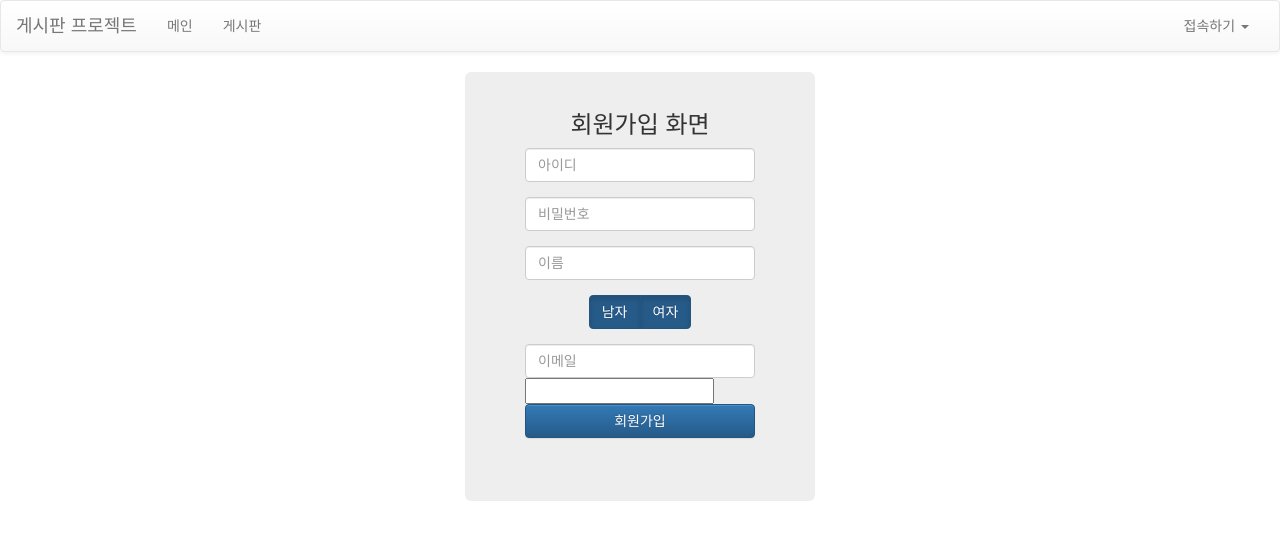
Repository: Seok7975/JSP-Education
Page: http://localhost/BBS/join.jsp
These files come from the project's save history. The page is drawn as it stood at one moment and after the next save; the edit follows.
The browser window is 1280 px wide. The pictures show the whole page.
Some web libraries are served in a nearby version. The page is served by Tomcat 9.

Above is the page before, as saved 2024-06-05 05:18:11.

After the next save:
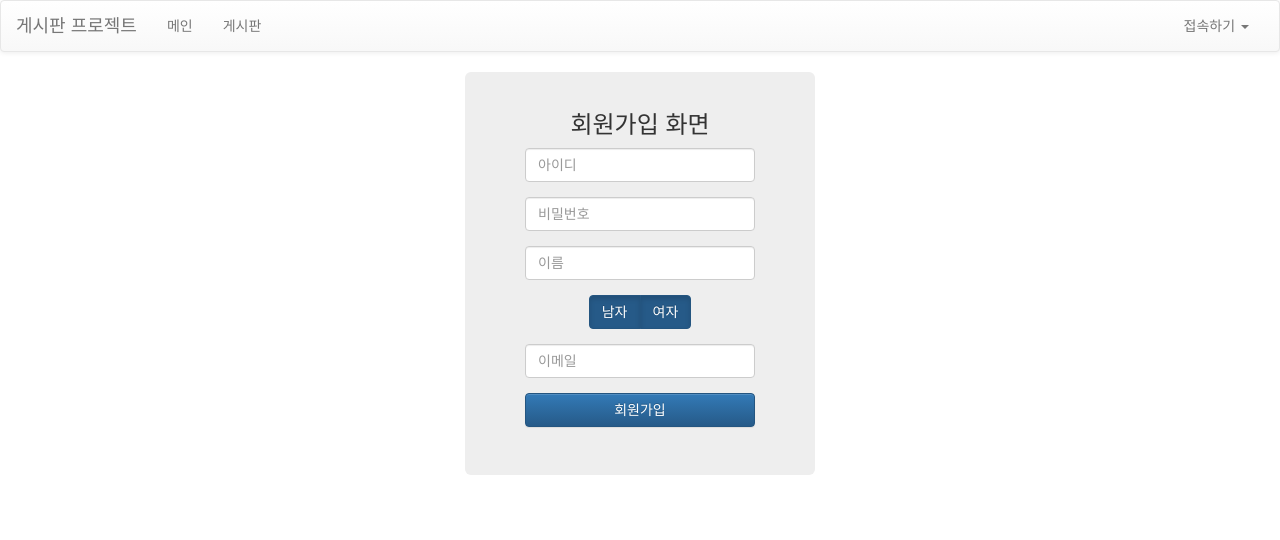
Saved 5 s later.
--- a/List_Projects/BBS/src/main/webapp/join.jsp
+++ b/List_Projects/BBS/src/main/webapp/join.jsp
@@ -72,7 +72,6 @@
 					</div>
 					<div class="form-group">
 						<input type="email" class="form-control" placeholder="이메일" name="userEmail" maxlength="20">
-						<input type=""
 					</div>
 					<input type="submit" class="btn btn-primary form-control" value="회원가입">
 				</form>
